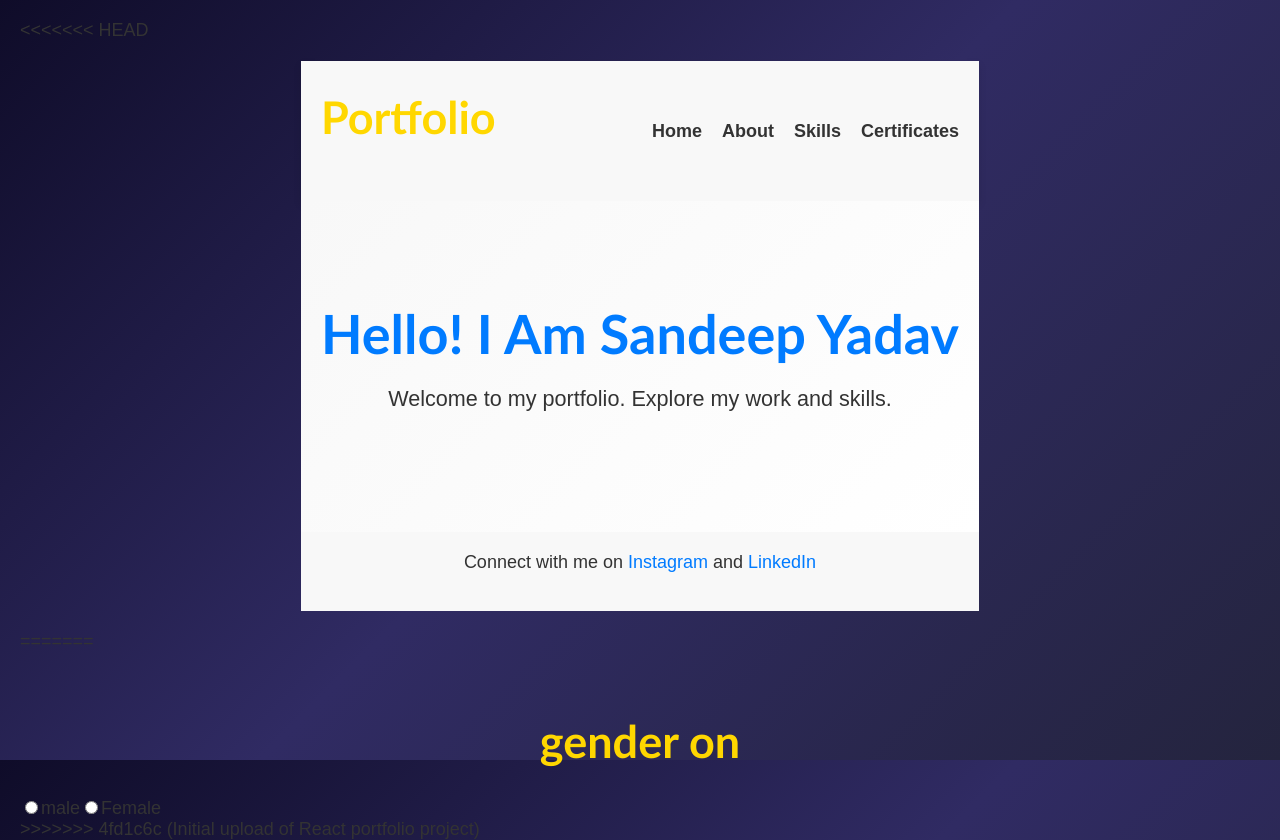
Repository: SandeepYadav18717/Sandeep_portfolio
Page: /
These files come from the project's save history. The page is drawn as it stood at one moment and after the next save; the edit follows.
The browser window is 1280 px wide. The pictures show the whole page.
The project was rebuilt for these pictures with package versions that can differ from the ones it lists, and the page was loaded fresh each time. Also part of the build but not shown: vite.config.js, src/index.css, src/App.css, src/Navbar/Navbar.jsx, src/Pages/Home.css, src/Pages/Index.jsx, src/Cards/Cards.jsx, src/Pages/Skills.jsx and 3 more.

Above is the page before, as saved 2025-08-30 07:44:13.

After the next save:
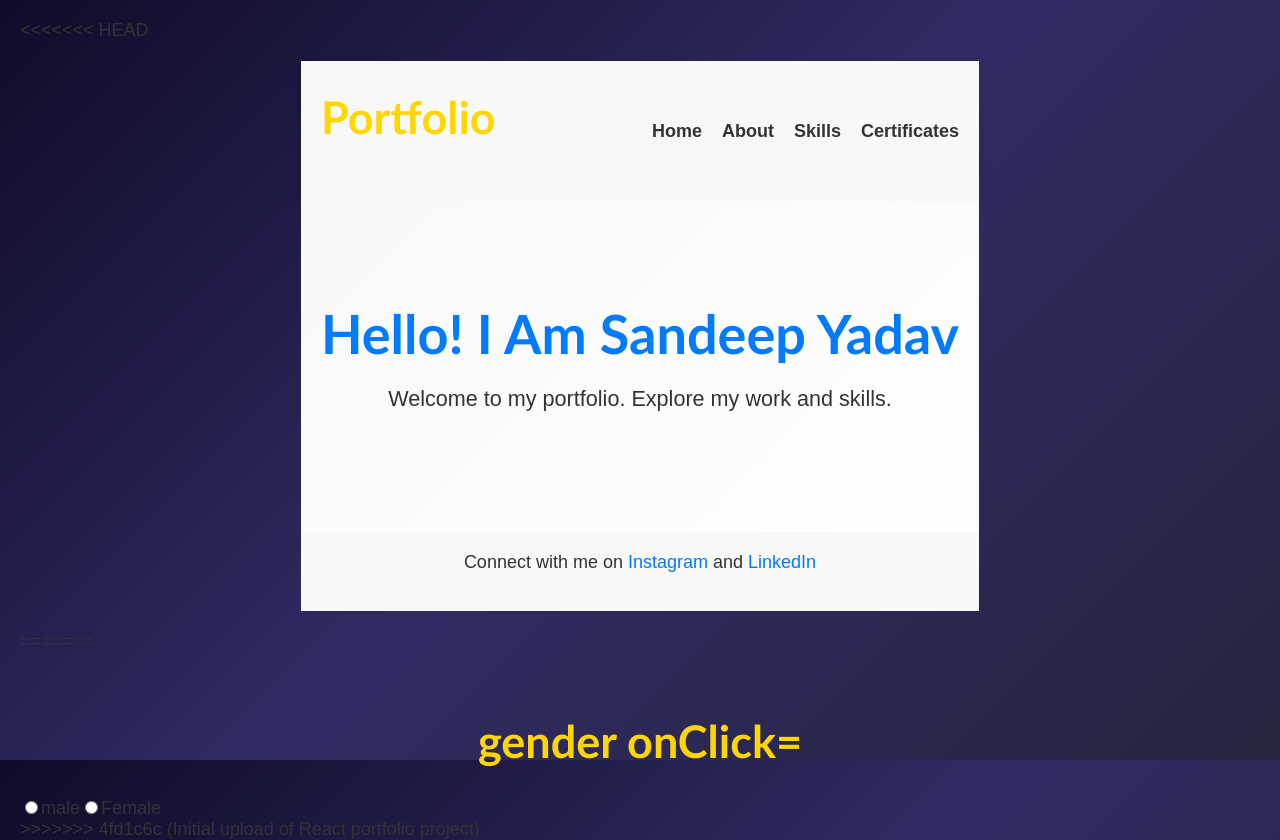
Saved 5 s later.
--- a/src/Practice/Checkbox.jsx
+++ b/src/Practice/Checkbox.jsx
@@ -14,7 +14,7 @@ function Checkbox(){
     return(
 
         <>
-     <h1>gender on {value}</h1>
+     <h1>gender onClick= {value}</h1>
 
 <input onClick={value}type="radio"
  name="gender"
